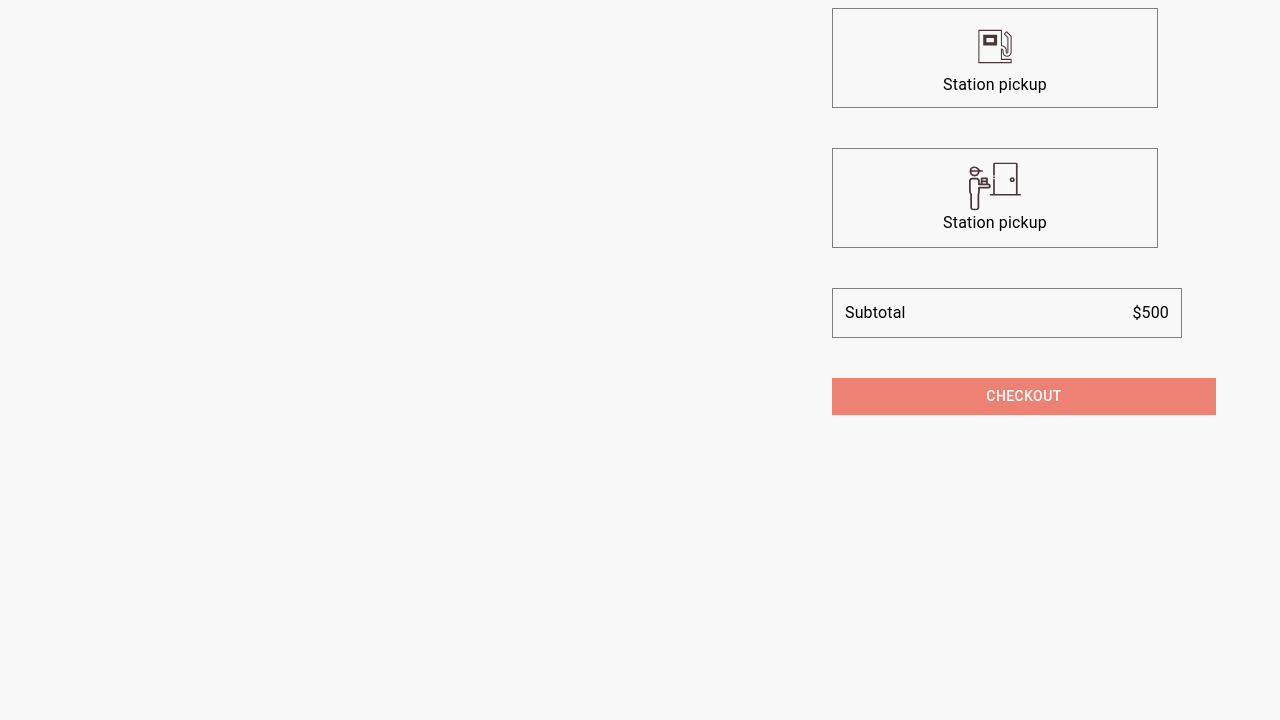
Repository: Armstrong2035/hng-project-two
Page: /cart (app in timbu-store/)
These files come from the project's save history. The page is drawn as it stood at one moment and after the next save; the edit follows.
The browser window is 1280 px wide. The pictures show the whole page.
The project was rebuilt for these pictures with package versions that can differ from the ones it lists, and the page was loaded fresh each time. The framework's server and built-in components were replaced by stand-ins that run in the browser. Also part of the build but not shown: timbu-store/next.config.mjs, timbu-store/components/Products/Filters.js.

Above is the page before, as saved 2024-07-08 23:46:00.

### timbu-store/src/app/layout.js
export default function RootLayout({ children }) {
  return (
    <html lang="en">
      <body style={{ backgroundColor: "#F8F8F8" }}>{children}</body>
    </html>
  );
}

### timbu-store/src/app/cart/page.js
"use client";
import React from "react";
import CartPage from "../../../components/checkout/cart/CartPage";

export default function Page() {
  return (
    <>
      <CartPage />
    </>
  );
}

### timbu-store/components/checkout/cart/CartPage.js
"use client";
import useStore from "@/store/store";
import Image from "next/image";
import doorDelivery from "../../../public/icons/door-delivery.svg";
import stationPickup from "../../../public/icons/station-pickup.svg";
import {
  Typography,
  Box,
  Stack,
  Grid,
  Button,
  Card,
  CardContent,
  Container,
  AppBar,
} from "@mui/material";
import React, { useState } from "react";
import Cart from "./Cart";
export default function CartPage() {
  return (
    <>
      <Container>
        <Grid container>
          <Grid item className={"item"} xl={10} lg={8} md={6} sm={12} xs={12}>
            <Cart />
          </Grid>
          <Grid item xl={4} lg={4} md={6} sm={12} xs={12}>
            <Stack spacing={5}>
              <Box
                sx={{
                  border: "1px solid grey",
                  height: "98px",
                  width: "324px",
                  display: "flex",
                  flexDirection: "column",
                  alignItems: "center",
                  justifyContent: "center",
                }}
              >
                <Image src={stationPickup} />
                <Typography>Station pickup</Typography>
              </Box>

              <Box
                sx={{
                  border: "1px solid grey",
                  height: "98px",
                  width: "324px",
                  display: "flex",
                  flexDirection: "column",
                  alignItems: "center",
                  justifyContent: "center",
                }}
              >
                <Image src={doorDelivery} />
                <Typography>Station pickup</Typography>
              </Box>

              <Box
                sx={{
                  border: "1px solid grey",
                  width: "324px",
                  display: "flex",
                  flexDirection: "row",
                  alignItems: "center",
                  justifyContent: "space-between",
                  padding: "12px",
                }}
              >
                <Typography>Subtotal</Typography>
                <Typography>$500</Typography>
              </Box>
              <Button
                sx={{
                  backgroundColor: " #ED8174",
                  color: "#FFFFFF",
                  borderRadius: "0",
                }}
              >
                Checkout
              </Button>
            </Stack>
          </Grid>
        </Grid>
      </Container>
    </>
  );
}

### timbu-store/src/store/store.js
import { create } from "zustand";
import { persist } from "zustand/middleware";

const useStore = create(
  persist(
    (set) => ({
      cart: [],
      addToCart: (item) => set((state) => ({ cart: [...state.cart, item] })),
    }),
    {
      name: "cart-storage",
    }
  )
);

export default useStore;

### timbu-store/components/checkout/cart/Cart.js
"use client";
import React, { useState } from "react";
import useStore from "@/store/store";
import {
  Box,
  Grid,
  Stack,
  Card,
  CardContent,
  Typography,
  Button,
} from "@mui/material";
import Image from "next/image";

export default function Cart() {
  const [orderVolume, setOrderVolume] = useState(1);
  const cart = useStore((state) => state.cart);

  console.log(cart);
  return (
    <>
      <Stack spacing={10}>
        {cart.map((item) => (
          <Box
            key={item.id}
            className={"order summary"}
            style={{
              width: "100%",
              display: "flex",
              alignItems: "center",
              justifyContent: "space-between",
            }}
          >
            <Box sx={{ backgroundColor: "#F8F8F8" }}>
              <Stack direction={"row"} alignItems={"center"} spacing={2}>
                <Box
                  sx={{
                    display: "flex",
                    alignItems: "center",
                    justifyContent: "center",
                    backgroundColor: "#F1F0F0",
                    position: "relative",
                    "&:hover .add-to-cart": {
                      opacity: 1,
                    },

                    "&:hover": {
                      backgroundColor: "#E6DFDF",
                    },
                    width: "260px",
                    height: "290px",
                  }}
                  elevation={"none"}
                >
                  <div
                    style={{
                      width: "300",
                      height: "300",
                      position: "relative",
                      padding: "10px, 10px",
                    }}
                  >
                    <Image
                      src={item.imageUrl}
                      alt={item.productName}
                      layout="responsive"
                      width={500}
                      height={500}
                      objectFit="contain"
                    />
                  </div>
                </Box>
                <Box sx={{ padding: "16px" }}>
                  <Typography>{item.productName}</Typography>
                  <Box
                    sx={{
                      border: "1px solid #B2A6A6",
                      display: "flex",
                      flexDirection: "row",
                      alignItems: "center",
                      margin: "10px 0",
                    }}
                  >
                    <Button
                      sx={{ color: "#473838" }}
                      onClick={() =>
                        setOrderVolume(orderVolume > 1 ? orderVolume - 1 : 1)
                      }
                    >
                      -
                    </Button>
                    <Typography sx={{ padding: "0 10px" }}>
                      {orderVolume}
                    </Typography>
                    <Button
                      sx={{ color: "#473838" }}
                      onClick={() => setOrderVolume(orderVolume + 1)}
                    >
                      +
                    </Button>
                  </Box>

                  <Button sx={{ color: "#ED8174" }}>Remove</Button>
                </Box>
              </Stack>
            </Box>

            <Typography sx={{ margin: "auto 80px" }}>
              {item.discountPrice}
            </Typography>
          </Box>
        ))}
      </Stack>
    </>
  );
}

### timbu-store/components/header/Header.js
"use client";
import { AppBar, Typography, Box, Stack } from "@mui/material";
import React from "react";
import Image from "next/image";
import Group1 from "../../public/utility-images/Group1.png";
import TimbuStore from "./TimbuStore";
import Promotion from "./Promotion";
import SimpleTabs from "./NavBar";
import Filters from "../Products/Filters";

export default function Header() {
  return (
    <>
      <AppBar
        elevation={"none"}
        sx={{
          backgroundColor: "#F8F8F8",
          position: "static",
          width: "100%",
        }}
      >
        <Stack alignItems={"center"}>
          <Promotion />
          <TimbuStore />
          <Stack
            alignItems={"center"}
            textAlign={"center"}
            direction={"row"}
            justifyContent={"center"}
            sx={{ backgroundColor: "#F7AFBC", width: "100%" }}
          >
            <Box sx={{ width: "250.08px", height: "150.77px" }}>
              <Image
                src={Group1}
                layout="responsive"
                width={100}
                height={100}
                objectFit="contain"
              />
            </Box>
            <Box>
              <Typography variant={"h5"}>
                Radiant beauty for every skin glow
              </Typography>
              <Typography variant={"h6"}>
                Inclusive skincare for every complexion, from light to deep
              </Typography>
            </Box>
          </Stack>
        </Stack>
        <SimpleTabs />
      </AppBar>
    </>
  );
}

### timbu-store/components/header/TimbuStore.js
"use client";

import Image from "next/image";
import Timbu from "../../public/utility-images/Timbu.png";

export default function TimbuStore() {
  return (
    <div
      style={{
        width: "100%",
        backgroundColor: "#F8F8F8",
        display: "flex",
        justifyContent: "center",
        alignItems: "center",
        padding: "10px 0",
        border: "1px solid #BCBABA",
        margin: "10px",
      }}
    >
      <div style={{ width: "80px", height: "30px" }}>
        <Image
          src={Timbu}
          layout="responsive"
          width={50}
          height={50}
          objectFit="contain"
        />
      </div>
    </div>
  );
}

### timbu-store/components/header/Promotion.js
"use client";

import { Typography, Box } from "@mui/material";
import React from "react";

export default function Promotion() {
  return (
    <>
      <Box
        sx={{
          display: "flex",
          alignItems: "center",
          justifyContent: "center",
          width: "100%",
          backgroundColor: "#EEE4E3",
          padding: "15px, 0",
        }}
      >
        <Typography sx={{ color: "#473838" }}>
          FREE SHIPPING ON EVERY PRODUCT FROM THE 22ND OF JULY
        </Typography>
      </Box>
    </>
  );
}

### timbu-store/components/header/NavBar.js
import React, { useState } from "react";
import { Tabs, Tab, Typography, Box } from "@mui/material";

function TabPanel(props) {
  const { children, value, index, ...other } = props;

  return (
    <div
      role="tabpanel"
      hidden={value !== index}
      id={`simple-tabpanel-${index}`}
      aria-labelledby={`simple-tab-${index}`}
      {...other}
    >
      {value === index && <Typography>{children}</Typography>}
    </div>
  );
}

export default function SimpleTabs() {
  const [value, setValue] = useState(0);

  const handleChange = (event, newValue) => {
    setValue(newValue);
  };

  return (
    <Box>
      <Tabs
        value={value}
        onChange={handleChange}
        aria-label="simple tabs example"
        TabIndicatorProps={{
          style: {
            top: 0,
            bottom: "auto",
            backgroundColor: "#ED8174",
          },
        }}
        sx={{
          "& .MuiTab-root": {
            color: "#473838",
            fontWeight: "normal",
          },
          "& .Mui-selected": {
            color: "#473838",
            fontWeight: "normal",
          },
        }}
      >
        <Tab
          label="Shop"
          sx={{
            color: " #473838",
            fontWeight: "normal",
          }}
        />
        <Tab
          label="Skincare"
          sx={{
            color: " #473838",
            fontWeight: "normal",
          }}
        />
        <Tab
          label="Sets & Kits"
          sx={{
            color: " #473838",
            fontWeight: "normal",
          }}
        />
        <Tab
          label="Make-up"
          sx={{
            color: " #473838",
            fontWeight: "normal",
          }}
        />
        <Tab
          label="Shop by Concerns"
          sx={{
            color: " #473838",
            fontWeight: "normal",
          }}
        />
      </Tabs>
    </Box>
  );
}

After the next save:
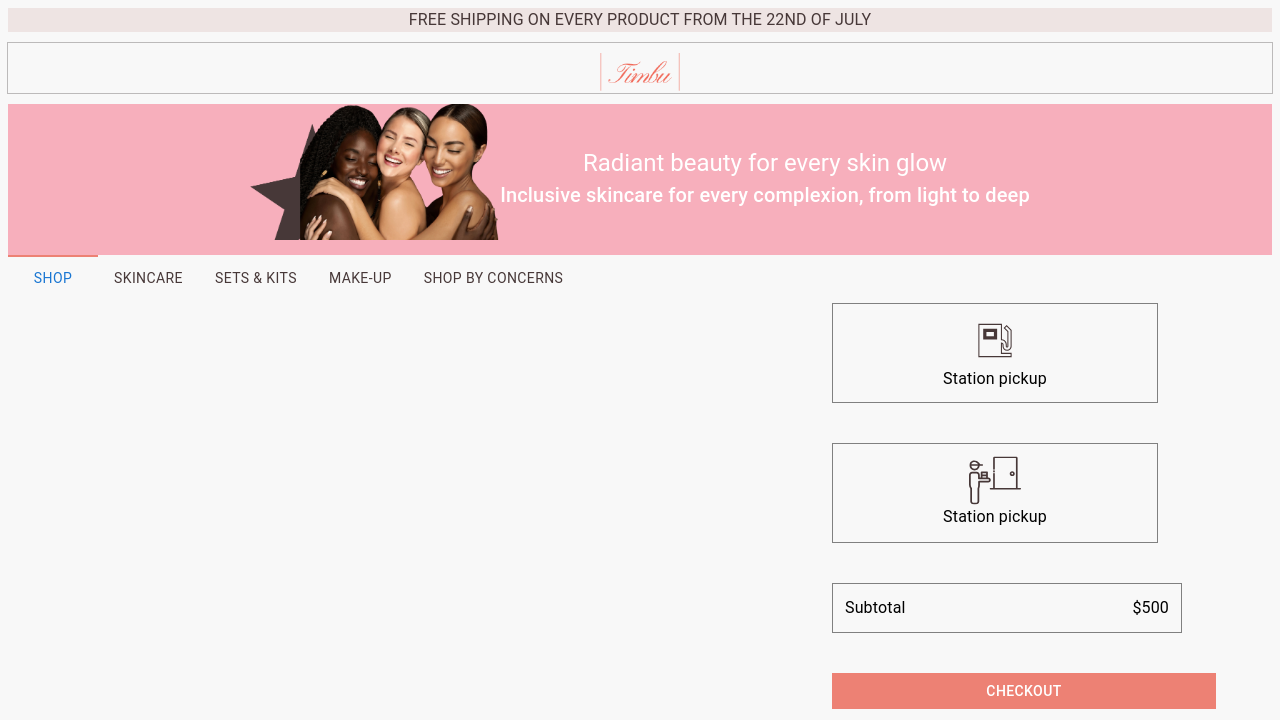
Saved 3 min 47 s later.
--- a/timbu-store/components/checkout/cart/CartPage.js
+++ b/timbu-store/components/checkout/cart/CartPage.js
@@ -16,9 +16,11 @@ import {
 } from "@mui/material";
 import React, { useState } from "react";
 import Cart from "./Cart";
+import Header from "../../header/Header";
 export default function CartPage() {
   return (
     <>
+      <Header />
       <Container>
         <Grid container>
           <Grid item className={"item"} xl={10} lg={8} md={6} sm={12} xs={12}>
